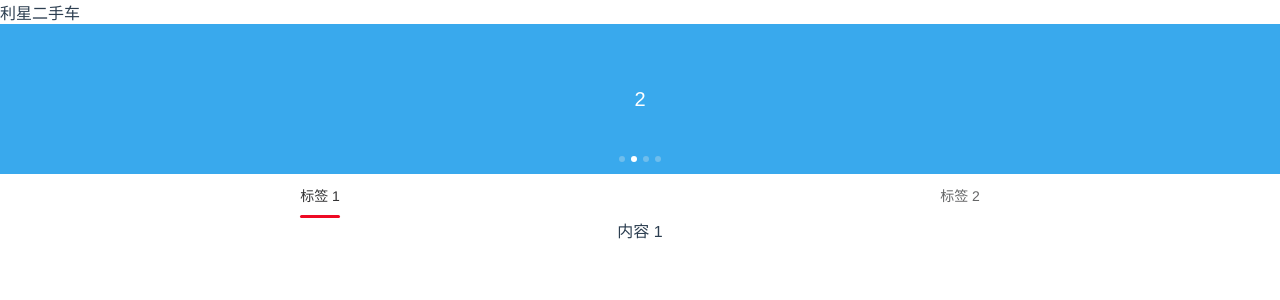
Repository: Melody-yangjing/lixingxing
Page: /
The author's editor kept a copy of each file at every save. The page is drawn from the files as they stood at one save, then again after the next save.
The browser window is 1280 px wide. The pictures show the whole page.
The project was rebuilt for these pictures with package versions that can differ from the ones it lists, and the page was loaded fresh each time. Also part of the build but not shown: vue.config.js.

Above is the page before, as saved 2020-10-21 11:53:43.

### src/main.js
import Vue from 'vue'
import App from './App.vue'
import router from './router'
import store from './store'
import Vant from 'vant';
import 'vant/lib/index.css';

Vue.use(Vant);
Vue.config.productionTip = false

new Vue({
  router,
  store,
  render: h => h(App)
}).$mount('#app')

### src/App.vue
<template>
  <div id="app">
    <MainTitle></MainTitle>
    <Home></Home>
  </div>
</template>
<script>
  import MainTitle from "./components/mainTitle";
  import Home from './views/home'
  export default {
    components: {
      Home,
      MainTitle,
    }
  }

</script>
<style>
  #app {
    font-family: Avenir, Helvetica, Arial, sans-serif;
    -webkit-font-smoothing: antialiased;
    -moz-osx-font-smoothing: grayscale;
    text-align: center;
    color: #2c3e50;
  }
</style>

### src/components/mainTitle/index.vue
<template>
<div class="mainTitle">
  <img src="" alt="" />
  <span>利星二手车</span>
  <img src="" alt="" />
  <img src="" alt="" />
</div>
</template>

<script>
export default {
  data() {
    return {};
  },
  created() {},
  mounted() {},
  methods: {},
};
</script>

<style lang="scss" scoped>
.mainTitle {
  display: flex;
  align-items: center;
}
</style>

### src/views/home.vue
<template>
<div>
  <van-swipe class="my-swipe" :autoplay="3000" indicator-color="white">
    <van-swipe-item>1</van-swipe-item>
    <van-swipe-item>2</van-swipe-item>
    <van-swipe-item>3</van-swipe-item>
    <van-swipe-item>4</van-swipe-item>
  </van-swipe>
  <van-tabs v-model="active">
    <van-tab title="标签 1">内容 1</van-tab>
    <van-tab title="标签 2">内容 2</van-tab>
  </van-tabs>
</div>
</template>

<script>
export default {
  components: {},
  data() {
    return {};
  },
  created() {},
  mounted() {},
  methods: {},
};
</script>

<style lang="scss" scoped>
.my-swipe {
  .van-swipe-item {
    color: #fff;
    font-size: 20px;
    line-height: 150px;
    text-align: center;
    background-color: #39a9ed;
  }
}
</style>

Loaded but not shown: public/index.html (common file); src/router/index.js (common file); src/store/index.js (common file)

After the next save:
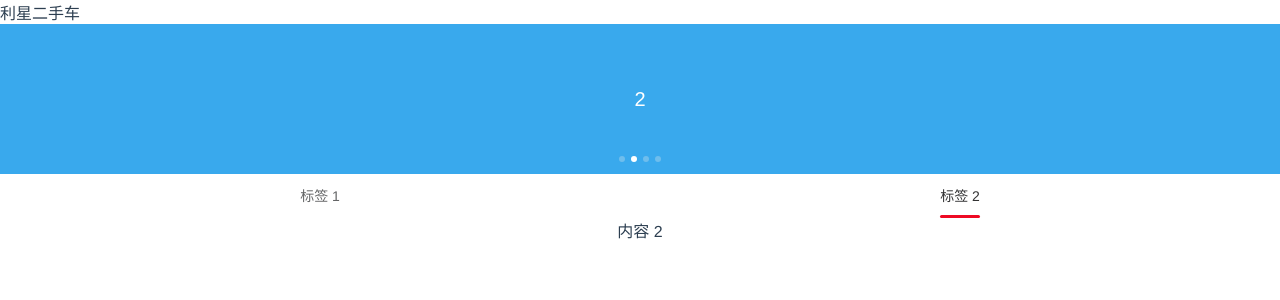
Saved 6 s later.
--- a/src/views/home.vue
+++ b/src/views/home.vue
@@ -17,7 +17,9 @@
 export default {
   components: {},
   data() {
-    return {};
+    return {
+      active: 1,
+    };
   },
   created() {},
   mounted() {},
